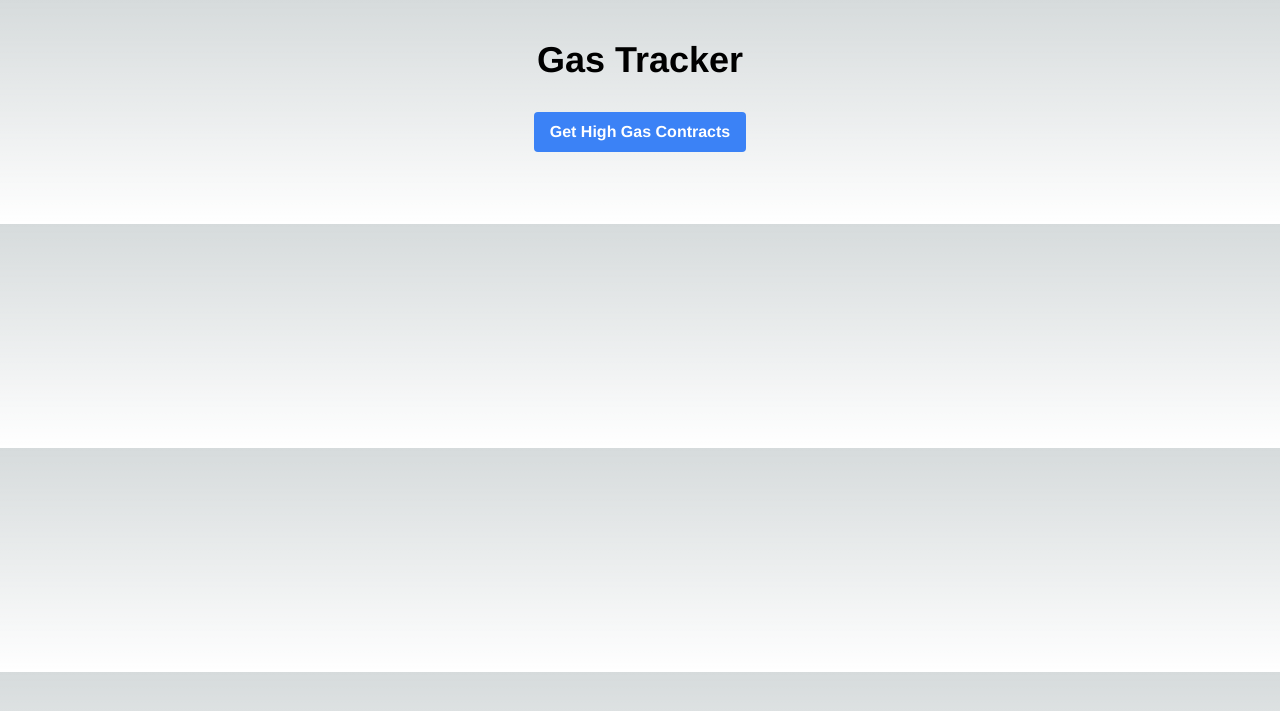
Repository: a7351220/ethereum-gas-tracker
Page: /
The author's editor kept a copy of each file at every save. The page is drawn from the files as they stood at one save, then again after the next save.
The browser window is 1280 px wide. The pictures show the whole page.
The project was rebuilt for these pictures with package versions that can differ from the ones it lists, and the page was loaded fresh each time. The framework's server and built-in components were replaced by stand-ins that run in the browser. Also part of the build but not shown: next.config.mjs, src/components/ContractList/index.tsx, src/components/ContractAnalysis/index.tsx.

Above is the page before, as saved 2024-07-03 17:51:05.

### src/app/page.tsx
'use client'

import { useState } from 'react'
import ContractList from '@/components/ContractList'
import ContractAnalysis from '@/components/ContractAnalysis'
import { Contract } from '@/types'

export default function Home() {
  const [contracts, setContracts] = useState<Contract[] | null>(null);
  const [selectedContract, setSelectedContract] = useState<Contract | null>(null);
  const [isLoading, setIsLoading] = useState(false);
  const [error, setError] = useState<string | null>(null);

  const fetchHighGasContracts = async () => {
    setIsLoading(true);
    setError(null);
    try {
      const response = await fetch('/api/getHighGasContracts');
      const data = await response.json();
      console.log('Received data from API:', data);
      if (data.error) {
        setError(`${data.error}: ${data.details}`);
      } else {
        setContracts(data);
      }
    } catch (error) {
      console.error('Error fetching high gas contracts:', error);
      setError('Failed to fetch contract data. Please try again.');
    }
    setIsLoading(false);
  };

  return (
    <main className="container mx-auto py-10 px-4">
      <h1 className="text-4xl font-bold text-center mb-8">Gas Tracker</h1>
      <div className="text-center mb-8">
        <button
          className="bg-blue-500 hover:bg-blue-700 text-white font-bold py-2 px-4 rounded"
          onClick={fetchHighGasContracts}
          disabled={isLoading}
        >
          {isLoading ? 'Loading...' : 'Get High Gas Contracts'}
        </button>
      </div>
      {error && (
        <div className="bg-red-100 border border-red-400 text-red-700 px-4 py-3 rounded relative mb-4" role="alert">
          <strong className="font-bold">Error: </strong>
          <span className="block sm:inline">{error}</span>
        </div>
      )}
      {contracts && (
        <ContractList
          contracts={contracts}
          onSelectContract={setSelectedContract}
        />
      )}
      {selectedContract && (
        <ContractAnalysis contract={selectedContract} />
      )}
    </main>
  )
}

### src/app/globals.css
@tailwind base;
@tailwind components;
@tailwind utilities;

:root {
  --foreground-rgb: 0, 0, 0;
  --background-start-rgb: 214, 219, 220;
  --background-end-rgb: 255, 255, 255;
}

@media (prefers-color-scheme: dark) {
  :root {
    --foreground-rgb: 255, 255, 255;
    --background-start-rgb: 0, 0, 0;
    --background-end-rgb: 0, 0, 0;
  }
}

body {
  color: rgb(var(--foreground-rgb));
  background: linear-gradient(
      to bottom,
      transparent,
      rgb(var(--background-end-rgb))
    )
    rgb(var(--background-start-rgb));
}

@layer utilities {
  .text-balance {
    text-wrap: balance;
  }
}
body, h1, h2, h3, h4, h5, h6, p, div, button {
  margin: 0;
  padding: 0;
  font-family: 'Helvetica Neue', Arial, sans-serif;
}
.container {
  max-width: 1200px;
}

button:disabled {
  cursor: not-allowed;
  opacity: 0.6;
}

.bg-gray-800 {
  background-color: #2d2d2d;
}

.bg-gray-600 {
  background-color: #4a4a4a;
}

.text-white {
  color: #ffffff;
}

.font-semibold {
  font-weight: 600;
}

.transition-all {
  transition: all 0.3s ease;
}

.rounded-full {
  border-radius: 9999px;
}

Loaded but not shown: src/app/layout.tsx (common file); tailwind.config.ts (common file)

After the next save:
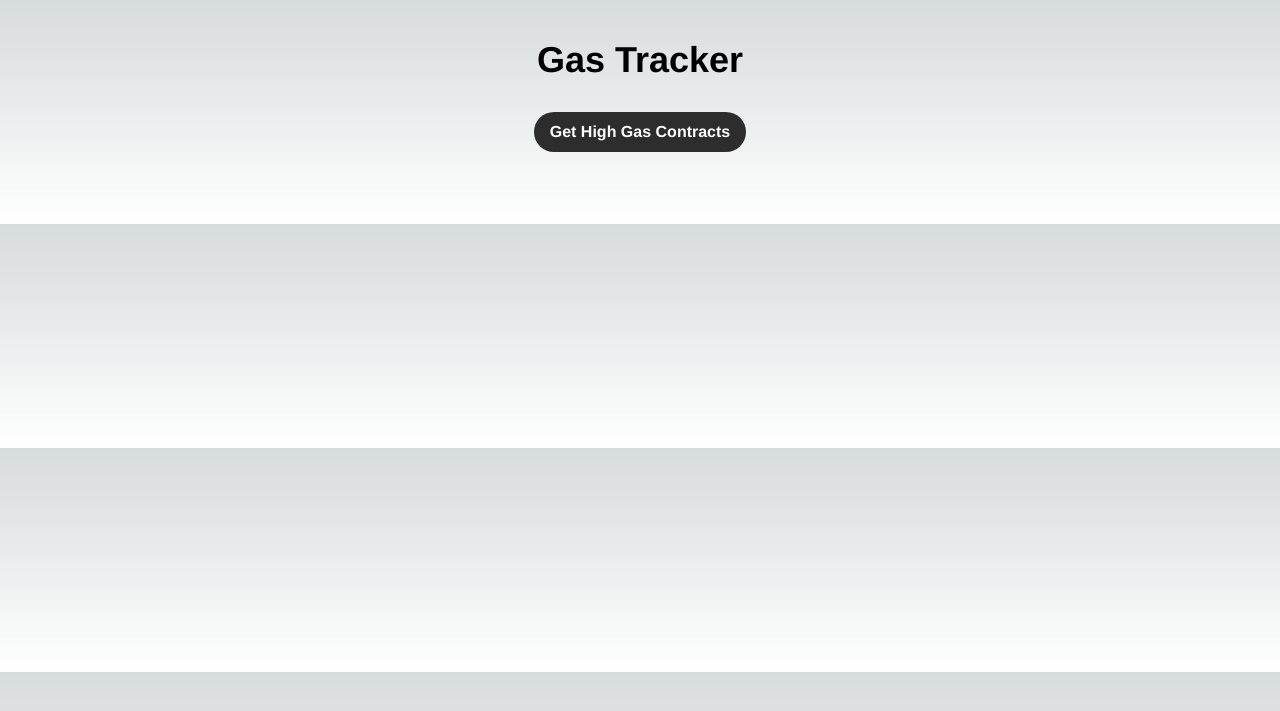
Saved 78 s later.
--- a/src/app/page.tsx
+++ b/src/app/page.tsx
@@ -1,3 +1,5 @@
+// Home.tsx
+
 'use client'
 
 import { useState } from 'react'
@@ -17,14 +19,12 @@ export default function Home() {
     try {
       const response = await fetch('/api/getHighGasContracts');
       const data = await response.json();
-      console.log('Received data from API:', data);
       if (data.error) {
         setError(`${data.error}: ${data.details}`);
       } else {
         setContracts(data);
       }
     } catch (error) {
-      console.error('Error fetching high gas contracts:', error);
       setError('Failed to fetch contract data. Please try again.');
     }
     setIsLoading(false);
@@ -35,7 +35,7 @@ export default function Home() {
       <h1 className="text-4xl font-bold text-center mb-8">Gas Tracker</h1>
       <div className="text-center mb-8">
         <button
-          className="bg-blue-500 hover:bg-blue-700 text-white font-bold py-2 px-4 rounded"
+          className="bg-gray-800 hover:bg-gray-600 text-white font-semibold py-2 px-4 rounded-full transition-all duration-300"
           onClick={fetchHighGasContracts}
           disabled={isLoading}
         >
@@ -43,7 +43,7 @@ export default function Home() {
         </button>
       </div>
       {error && (
-        <div className="bg-red-100 border border-red-400 text-red-700 px-4 py-3 rounded relative mb-4" role="alert">
+        <div className="bg-red-100 border border-red-400 text-red-700 px-4 py-3 rounded mb-4" role="alert">
           <strong className="font-bold">Error: </strong>
           <span className="block sm:inline">{error}</span>
         </div>
